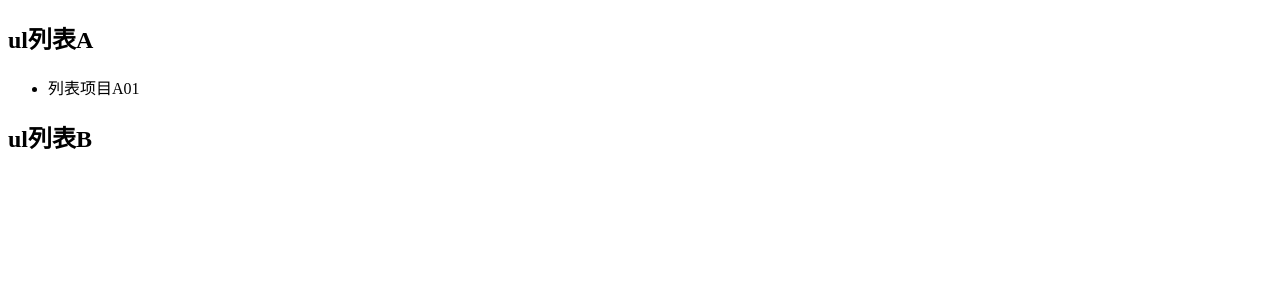
Repository: zdsherlock/HtmlCssLearn
Page: CSS/test-attSelect/index5.html
An editor plug-in stored every save of this project. The page is shown before and after a run of saves, followed by the edit.
The browser window is 1280 px wide. The pictures show the whole page.

Above is the page before, as saved 2021-05-07 20:30:49.

After the next 2 saves:
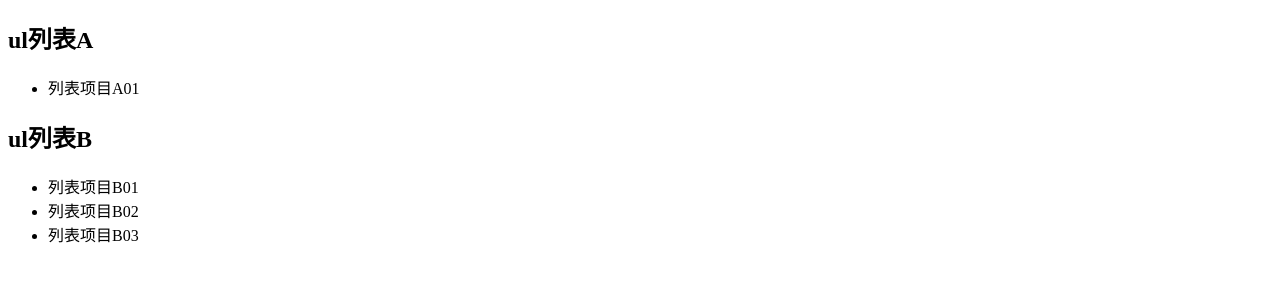
The 2 saves are shown as one change because they came seconds apart.
The last was saved 18 s later.
--- a/CSS/test-attSelect/index5.html
+++ b/CSS/test-attSelect/index5.html
@@ -12,5 +12,10 @@
         <li>列表项目A01</li>
     </ul>
     <h2>ul列表B</h2>
+    <ul>
+        <li>列表项目B01</li>
+        <li>列表项目B02</li>
+        <li>列表项目B03</li>
+    </ul>
 </body>
 </html>
